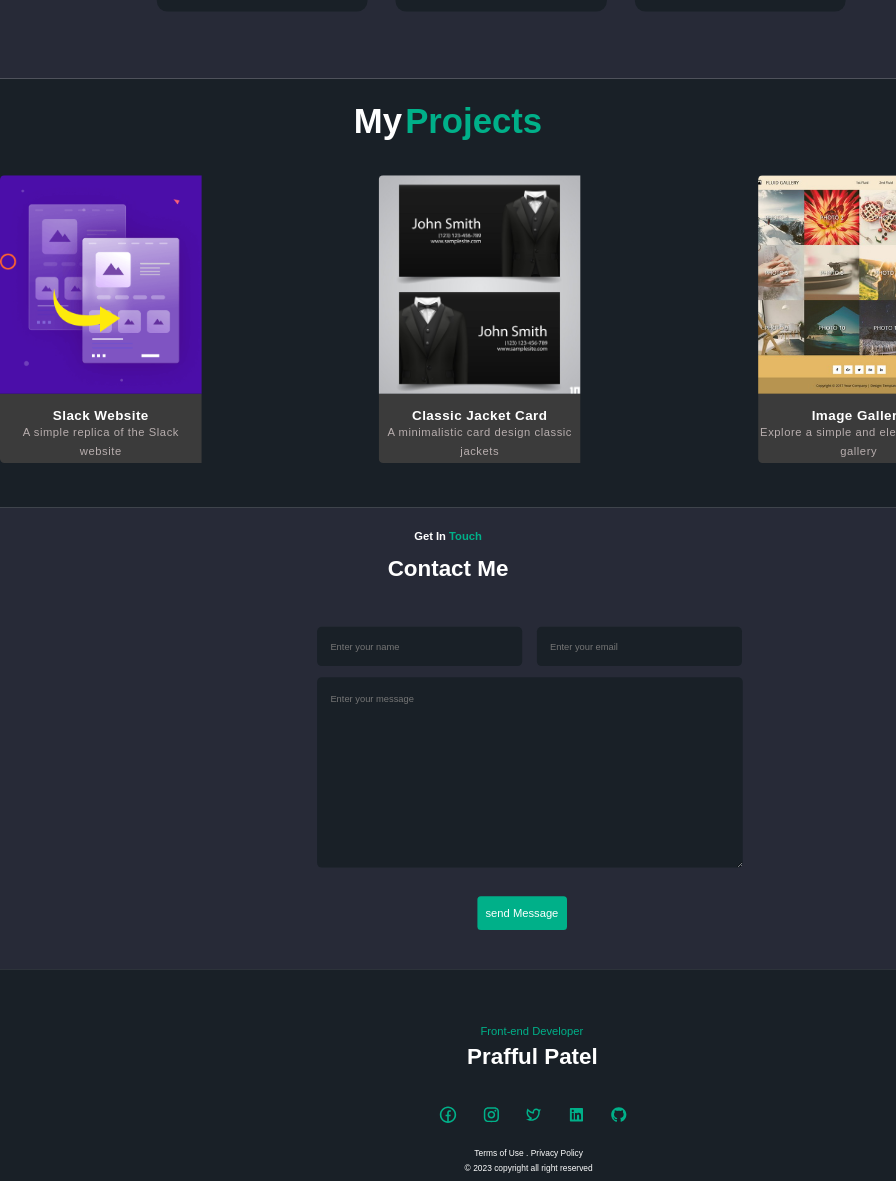
Repository: PraffulPatel27/Portfolio_2.0
Page: index.html
An editor plug-in stored every save of this project. The page is shown before and after a run of saves, followed by the edit.
The browser window is 1280 px wide. The pictures show the part of the page from y = 2219 to 4139 px (the page is 3906 px tall before and 4776 px after), at 70% of full size.

Above is the page before, as saved 2024-01-30 15:11:20.

After the next 2 saves:
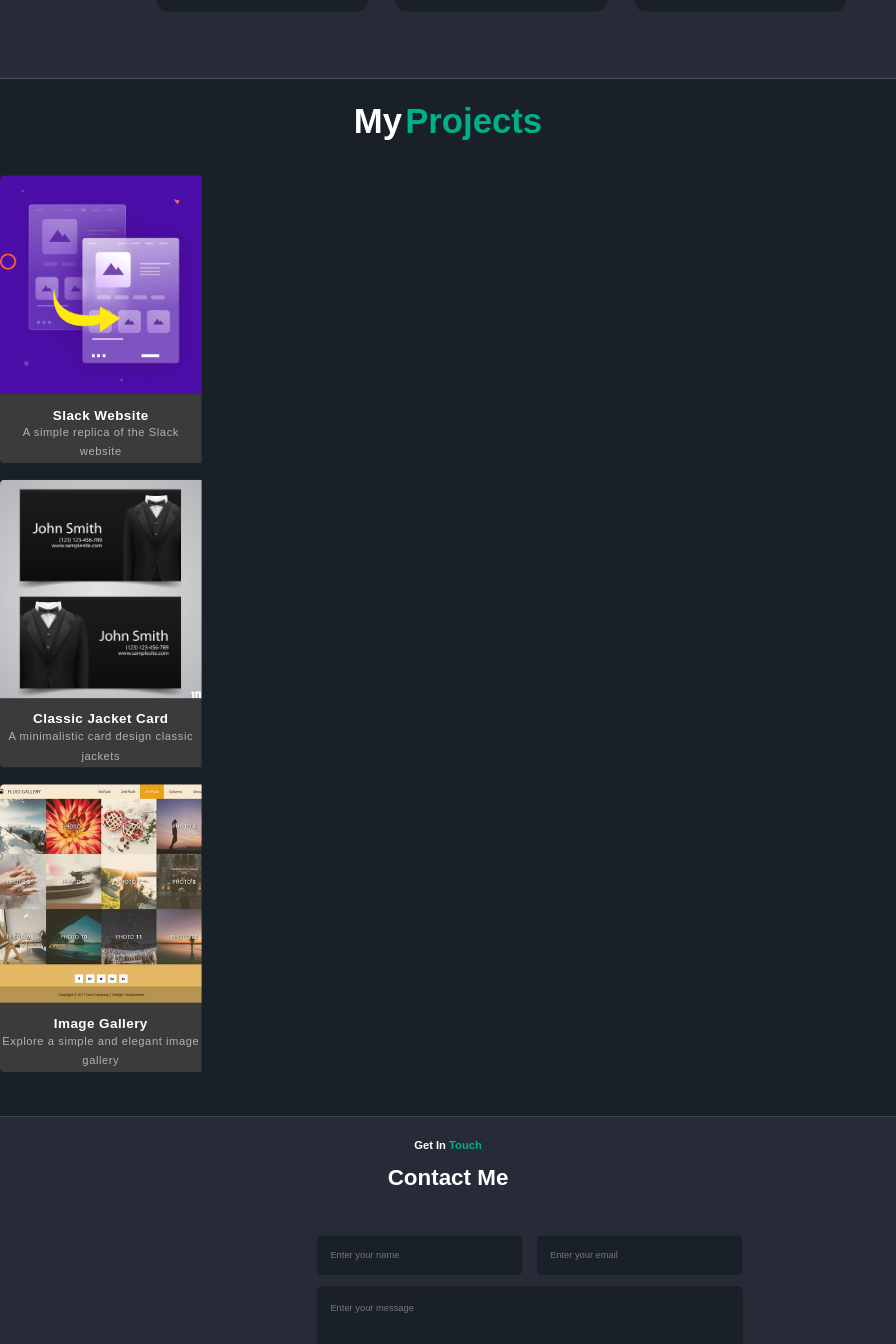
The 2 saves are shown as one change because they came seconds apart.
The last was saved 19 s later.
--- a/style.css
+++ b/style.css
@@ -404,10 +404,7 @@
     /* border: 1px solid #00B089; */
 
     display: grid;
-    width: 100em;
     grid-gap: 1.5rem;
-    grid-template-columns: repeat(auto-fit, minmax(30rem, 1fr));
-    align-items: start;
 }
 .part-2 {
     border-radius: 0.4rem;
